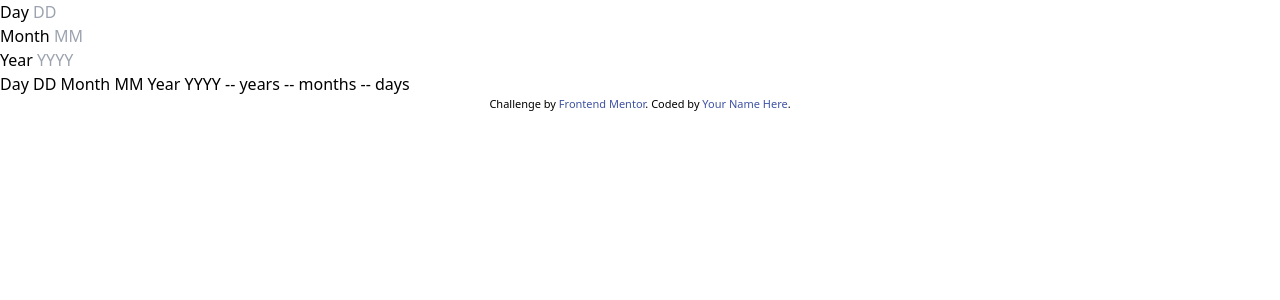
Repository: blordeus/age-calculator-app-main
Page: index.html
An editor plug-in stored every save of this project. The page is shown before and after a run of saves, followed by the edit.
The browser window is 1280 px wide. The pictures show the whole page.

Above is the page before, as saved 2023-08-25 19:50:35.

After the next 2 saves:
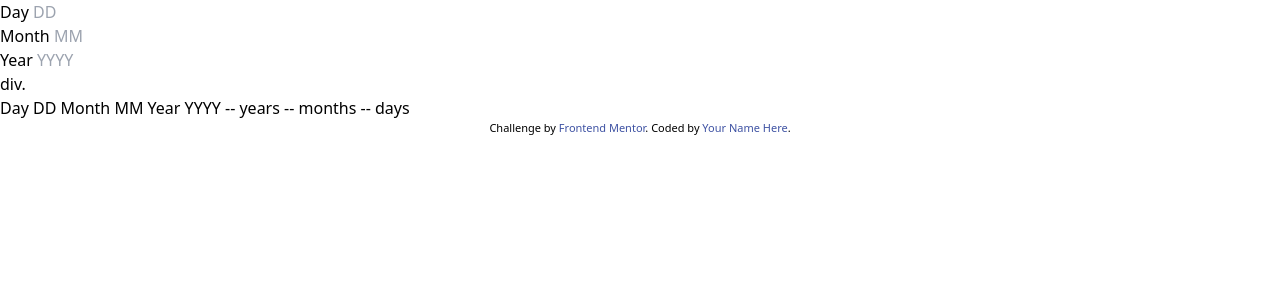
The 2 saves are shown as one change because they came seconds apart.
The last was saved 47 s later.
--- a/index.html
+++ b/index.html
@@ -30,6 +30,7 @@
             <input type="text" id="year" placeholder="YYYY">
             <small></small>
           </div>
+          div.
         </div>
       </form>
     </div>
